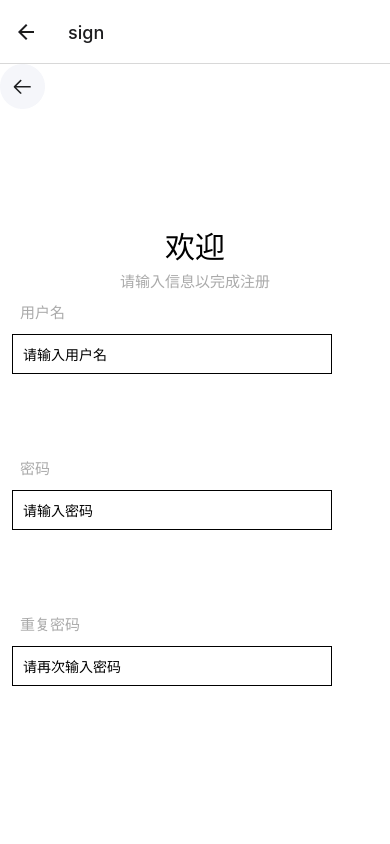
Repository: eyebone/barManager
Screen: /sign
An editor plug-in stored every save of this project. The screen is shown before and after a run of saves, followed by the edit.
The app was drawn by React Native's web renderer in a window 390 px wide. The project was rebuilt for these pictures with package versions that can differ from the ones it lists, and the page was loaded fresh each time. Also part of the build but not shown: components/EmojiPicker.js, components/Button.js, components/ImageViewer.js, components/circleButton.js, components/IconButton.js, view/ViewOne.js.

Above is the screen before, as saved 2023-06-26 15:36:48.

### App.js
// In App.js in a new project

import * as React from "react";
import { Button, View, Text, StyleSheet, Pressable, Alert } from "react-native";
// import React-native from 'react-native';
import { NavigationContainer } from "@react-navigation/native";
import { createNativeStackNavigator } from "@react-navigation/native-stack";
import { ViewOne } from "./view/ViewOne";
import { SignView } from "./view/Sign";
import { LinearGradient } from "expo-linear-gradient";
import FontAwesome from "react-native-vector-icons/FontAwesome";
function HomeScreen({ navigation }) {
  return (
    <View style={styles.container}>
      <LinearGradient
        start={{ x: 0, y: 0 }}
        end={{ x: 1, y: 1 }}
        colors={["#5c0b82", "#480965", "#190641", "#070320", "#000000"]}
        style={styles.linearGradient}
      >
        <Text>Home Screen</Text>
        <Pressable
          style={(styles.button, { backgroundColor: "#faf2de" })}
          onPress={() => navigation.push("test")}
        >
          <FontAwesome name="home" size={26} style={{ paddingRight: 8 }} />
          <Text>go to detail</Text>
        </Pressable>

        <Button
          title="Go to Sign"
          onPress={() => navigation.navigate("sign")}
        />
        <Text style={styles.buttonText}>Sign in with Facebook</Text>
      </LinearGradient>
    </View>
  );
}

const Stack = createNativeStackNavigator();

function App() {
  return (
    <NavigationContainer style={styles.container}>
      <Stack.Navigator initialRouteName="Home">
        <Stack.Screen
          name="Home"
          component={HomeScreen}
          options={{ title: "Overview", backgroundColor: "transparent" }}
        />
        <Stack.Screen name="test" component={ViewOne} />
        <Stack.Screen name="sign" component={SignView} />
      </Stack.Navigator>
    </NavigationContainer>
  );
}

export default App;

const styles = StyleSheet.create({
  container: {
    flex: 1,
    flexDirection: "column",
    backgroundColor: "#000000",
    //    alignItems: 'center',
  },
  linearGradient: {
    height: 740,
  },
  button: {
    borderRadius: 10,
    width: 300,
    height: 30,
    alignItems: "center",
    justifyContent: "center",
    flexDirection: "row",
  },
});

### view/Sign.js
import { StatusBar } from "expo-status-bar";
import { StyleSheet, View, Text} from "react-native";
import Button from "../components/Button";
import ImageViewer from "../components/ImageViewer";
import * as ImagePicker from "expo-image-picker";
import { useState } from "react";
const PlaceholderImage = require("../assets/images/background-image.png");
import * as React from "react";
import {
  FlatList,
  Image,
  Platform,
  Pressable,
  PixelRatio,
  TextInput,
} from "react-native";
import { NavigationContainer } from "@react-navigation/native";
import { createNativeStackNavigator } from "@react-navigation/native-stack";

//import {Text } from 'react-native';

export function SignView({ navigation }) {
  const [value, onChangeText] = React.useState("");

  return (
    <View style={styles.container}>
      <Pressable onPress={() => navigation.push("Home")}>
        <Image source={require("../assets/bar/Back.png")} />
      </Pressable>

      <View style={styles.welcomeContainer}>
        <Text style={styles.welcomeText} numberOfLines={1}>
          欢迎
        </Text>
        <Text style={styles.infoText}>请输入信息以完成注册</Text>
      </View>
      <View style={styles.inputBar}>
        <Text style={styles.smallText}>用户名</Text>
        <TextInput
          maxLength={40}
          onChangeText={(text) => onChangeText(text)}
          value={value}
          style={styles.input}
          placeholder="请输入用户名"
        />
      </View>
      <View style={styles.inputBar}>
        <Text style={styles.smallText}>密码</Text>
        <TextInput style={styles.input} placeholder="请输入密码" />
      </View>
      <View style={styles.inputBar}>
        <Text editable style={styles.smallText}>
          重复密码
        </Text>
        <TextInput
          style={styles.input}
          placeholder="请再次输入密码"
          //          onChangeText={onChange}
        />
      </View>
      {/* <View style={styles.footerContainer}>
        <Text style={styles.regText}>注册</Text>
      </View> */}
      <Pressable>
        <Text style={styles.regText}>注册</Text>
      </Pressable>
    </View>
  );
}

const styles = StyleSheet.create({
  container: {
    flex: 1,
    flexDirection: "column",
    backgroundColor: "#fff",
    //    alignItems: 'center',
  },
  welcomeContainer: {
    flex: 1,
    backgroundColor: "#fff",
    alignItems: "center",
    marginTop: 114,
    height: 60,
  },
  welcomeText: {
    fontSize: PixelRatio.getFontScale() * 30,
    //    fontFamily: STKaiti,
  },
  infoText: {
    color: "#aaa",
    fontSize: PixelRatio.getFontScale() * 15,
    lineHeight: 38,
  },
  imageContainer: {
    flex: 1,
    paddingTop: 58,
  },
  smallText: {
    fontSize: PixelRatio.getFontScale() * 15,
    color: "#aaa",
    marginLeft: 20,
  },
  footerContainer: {
    flex: 1,
    alignItems: "center",
    backgroundColor: "#500B82",
    width: 380,
    height: 57,
    bottom: 0,
    //      marginTop: 600,
    //      paddingTop: 737,
  },
  inputBar: {
    flex: 2,
    // borderBottomColor: "#000",
    // borderBottomWidth: 1,
  },
  regText: {
    fontSize: PixelRatio.getFontScale() * 24,
    color: "#fff",
    margin: 20,
  },
  input: {
    height: 40,
    margin: 12,
    borderWidth: 1,
    padding: 10,
    width: 320,
  },
});

After the next 2 saves:
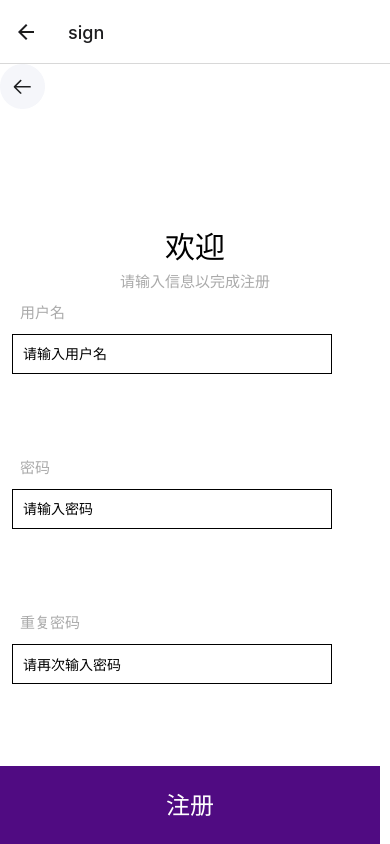
The 2 saves are shown as one change because they came seconds apart.
The last was saved 7 s later.
--- a/view/Sign.js
+++ b/view/Sign.js
@@ -61,7 +61,7 @@ export function SignView({ navigation }) {
       {/* <View style={styles.footerContainer}>
         <Text style={styles.regText}>注册</Text>
       </View> */}
-      <Pressable>
+      <Pressable style={styles.footerContainer}>
         <Text style={styles.regText}>注册</Text>
       </Pressable>
     </View>
